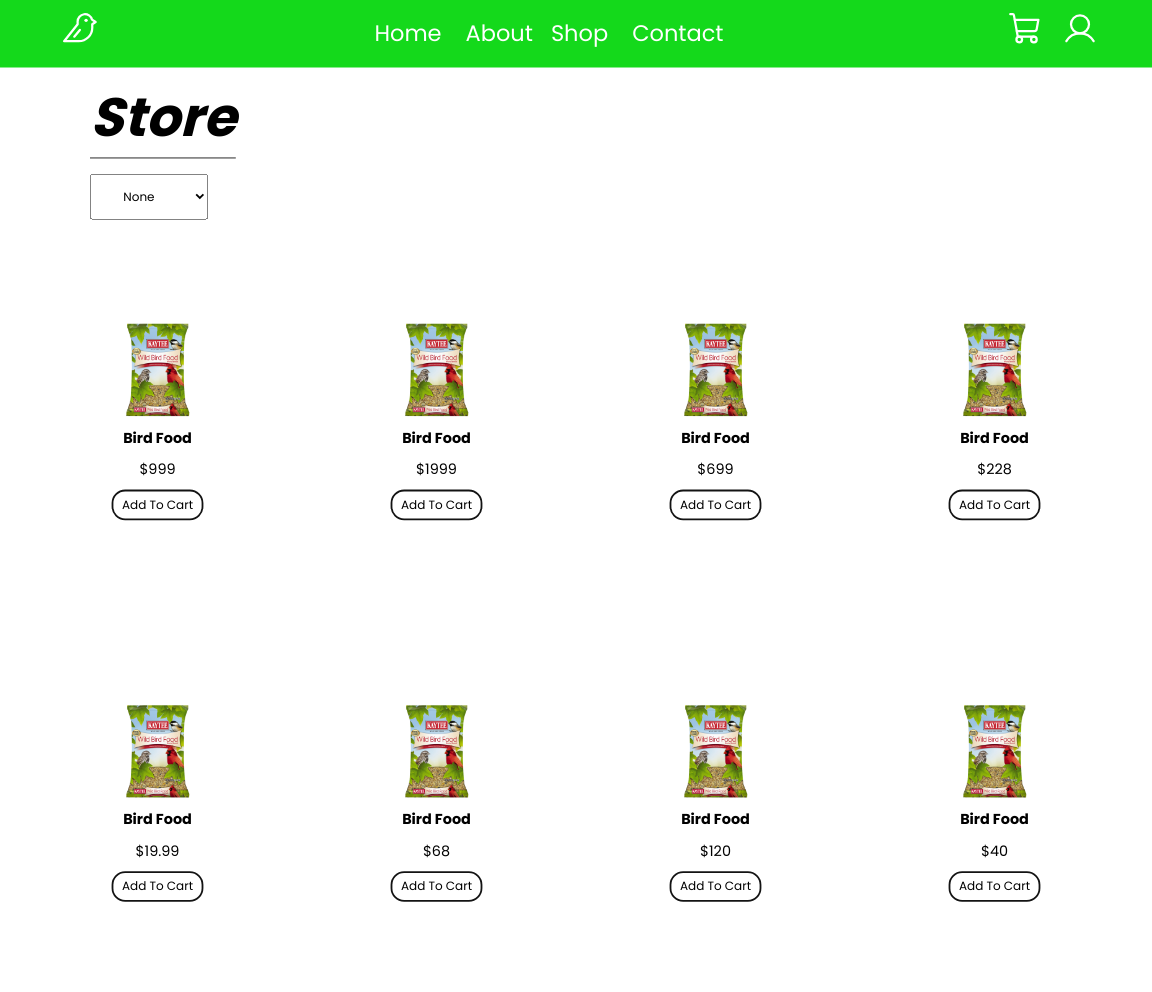
Repository: Vuhainam64/SWP391
Page: / (app in React/swp391-app/)
An editor plug-in stored every save of this project. The page is shown before and after the next save, followed by the edit.
The browser window is 1280 px wide. The pictures show the whole page, at 90% of full size.
The project was rebuilt for these pictures with package versions that can differ from the ones it lists, and the page was loaded fresh each time. Also part of the build but not shown: React/swp391-app/src/pages/register/register.jsx, React/swp391-app/src/pages/home/home.jsx, React/swp391-app/src/pages/about/about.jsx, React/swp391-app/src/pages/contact/contact.jsx, React/swp391-app/src/pages/cart/cart-item.jsx, React/swp391-app/src/pages/cart/cart.css, React/swp391-app/src/pages/cart/cart.jsx.

Above is the page before, as saved 2023-06-01 12:55:18.

After the next save:
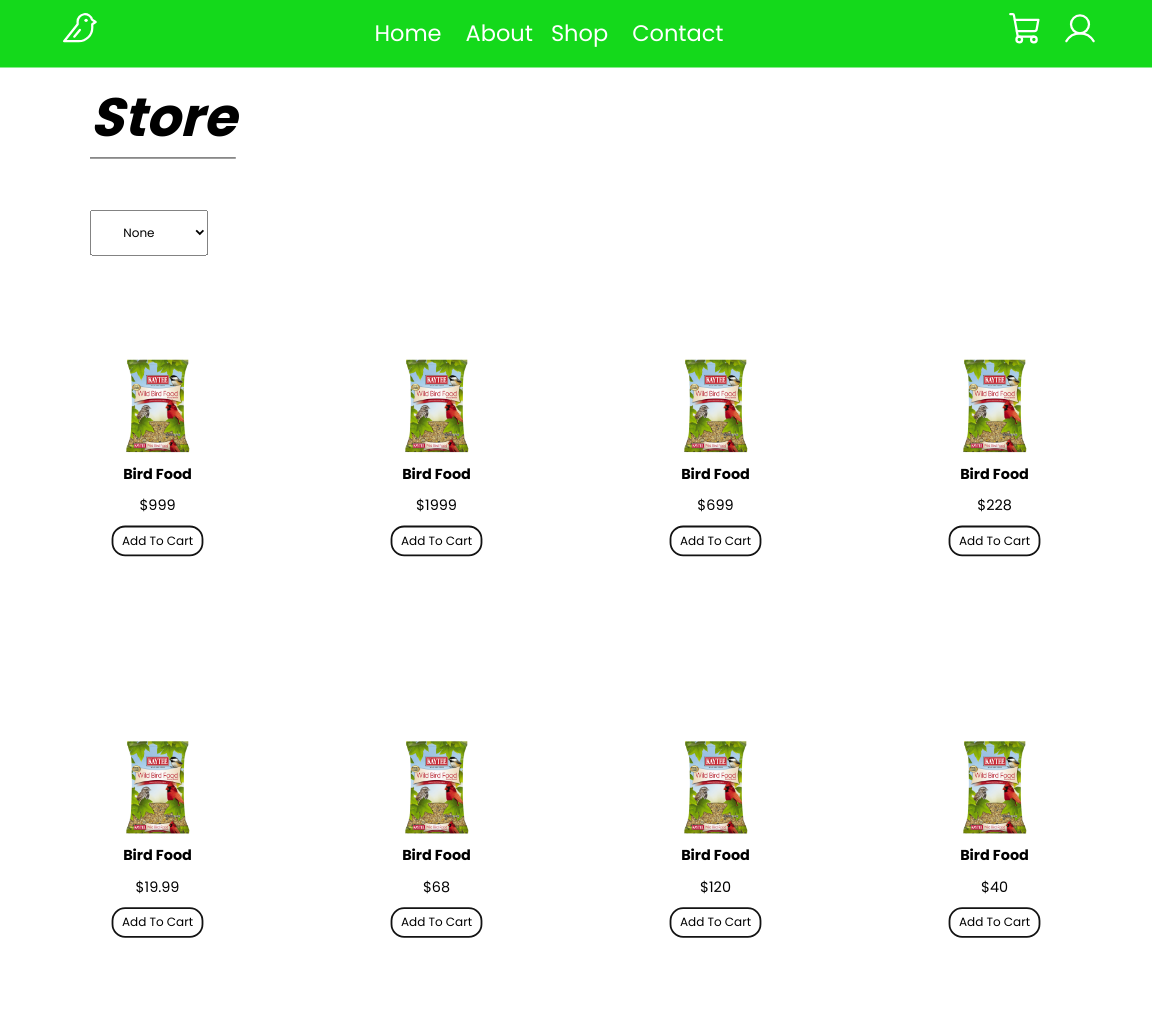
Saved 6 s later.
--- a/React/swp391-app/src/pages/shop/shop.css
+++ b/React/swp391-app/src/pages/shop/shop.css
@@ -73,6 +73,7 @@
     display:block;
     margin-left: 80px;
     margin-bottom: 10px;
+    margin-top: 50px
 }
 
 .form select{
